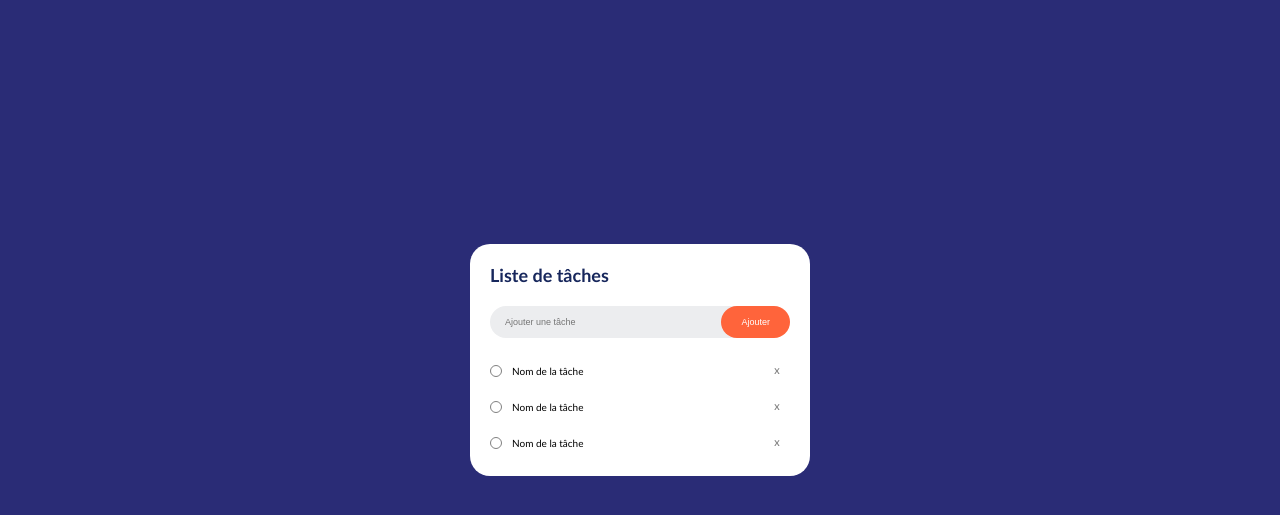
Repository: ndiemenguer/convertisseur
Page: / (app in todo-isep/)
An editor plug-in stored every save of this project. The page is shown before and after the next save, followed by the edit.
The browser window is 1280 px wide. The pictures show the whole page.
The project was rebuilt for these pictures with package versions that can differ from the ones it lists, and the page was loaded fresh each time. Also part of the build but not shown: todo-isep/vite.config.js, todo-isep/src/Application.jsx, todo-isep/src/index.css.

Above is the page before, as saved 2023-05-06 12:55:19.

### todo-isep/src/main.jsx
import React from 'react'
import ReactDOM from 'react-dom/client'
import App from './App.jsx'
import ApplicationDev from './Application.jsx'
import './index.css'


ReactDOM.createRoot(document.getElementById('root')).render(
  <React.StrictMode>
    <App />
  </React.StrictMode>,
)

### todo-isep/src/App.jsx
import { useState } from "react";
import "./App.css";
import TodoList from "./components/TodoList";

function App() {
  const [todos, setTodos] = useState([
    { id: 1, name: "Todo1", complete: false },
    { id: 2, name: "Todo2", complete: false },
    { id: 2, name: "Todo2", complete: false },
  ]);

  return (
    <>
      <main className="container">
        <div className="title">Liste de tâches</div>
        <div className="input-box">
          <input
            type="text"
            className="input"
            placeholder="Ajouter une tâche"
          />
          <button className="button">Ajouter</button>
        </div>
        <div className="todo-list">
          <TodoList todos={todos} />
        </div>
      </main>
    </>
  );
}

export default App;

### todo-isep/src/App.css
body {
  background: #2a2c76;
  display: flex;
  height: 100vh;
  width: 100vw;
  margin: 0;
  justify-content: center;
  align-items: center;
  font-family: calibri;
}

.container {
  background: white;
  width: 300px;
  min-height: 100px;
  border-radius: 20px;
  display: flex;
  flex-direction: column;
  gap: 20px;
  padding: 20px;
}

.container .title {
  font-size: 18px;
  font-weight: 600;
  color: #17275c;
}

.input-box {
  position: relative;
}

.todo-list {
  display: flex;
  flex-direction: column;
  gap: 10px;
  justify-content: center;
}

.todo-box {
  display: flex;
  justify-content: space-between;
}

.input {
  width: 90%;
  height: 30px;
  border-radius: 20px;
  border: 0;
  outline: none;
  background-color: #ecedef;
  padding-left: 15px;
  font-size: 9px;
}

.button {
  position: absolute;
  right: 0;
  bottom: 0;
  height: 32px;
  border-radius: 20px;
  border: 0;
  color: white;
  font-size: 9px;
  background-color: #ff643b;
  padding-left: 20px;
  padding-right: 20px;
  cursor: pointer;
  transition: 0.25s ease-in-out;
}

.button:hover {
  opacity: 0.8;
  transition: 0.25s ease-in-out;
}

.delete {
  font-weight: bold;
  padding: 3px;
  font-size: 8px;
  height: 20px;
  width: 20px;
  color: gray;
  cursor: pointer;
  transition: 0.25s ease-in-out;
  border-radius: 20px;
  display: flex;
  align-items: center;
  justify-content: center;
}

.delete:hover {
  background: #ececec;
  opacity: 0.7;
  transition: 0.25s ease-in-out;
}

.todo-name {
  font-size: 10px;
}

.todo-checkbox-name {
  display: flex;
  gap: 10px;
  align-items: center;
}

.checkbox {
  width: 10px;
  height: 10px;
  border: 1px solid gray;
  border-radius: 100%;
}

### todo-isep/src/components/TodoList.jsx
import React from "react";
import Todo from "./Todo";

function TodoList({ todos }) {
  return (
    <>
      {todos.map((todo) => (
        <Todo key={todo.id} {...todo} />
      ))}
    </>
  );
}

export default TodoList;

### todo-isep/src/components/Todo.jsx
import React from "react";

function Todo({ id, name, completed }) {
  return (
    <>
      <div className="todo-box">
        <div className="todo-checkbox-name">
          <div className="checkbox"></div>
          <div className="todo-name">Nom de la tâche</div>
        </div>
        <div>
          <div className="delete">X</div>
        </div>
      </div>
    </>
  );
}

export default Todo;

Loaded but not shown: todo-isep/index.html (common file)

After the next save:
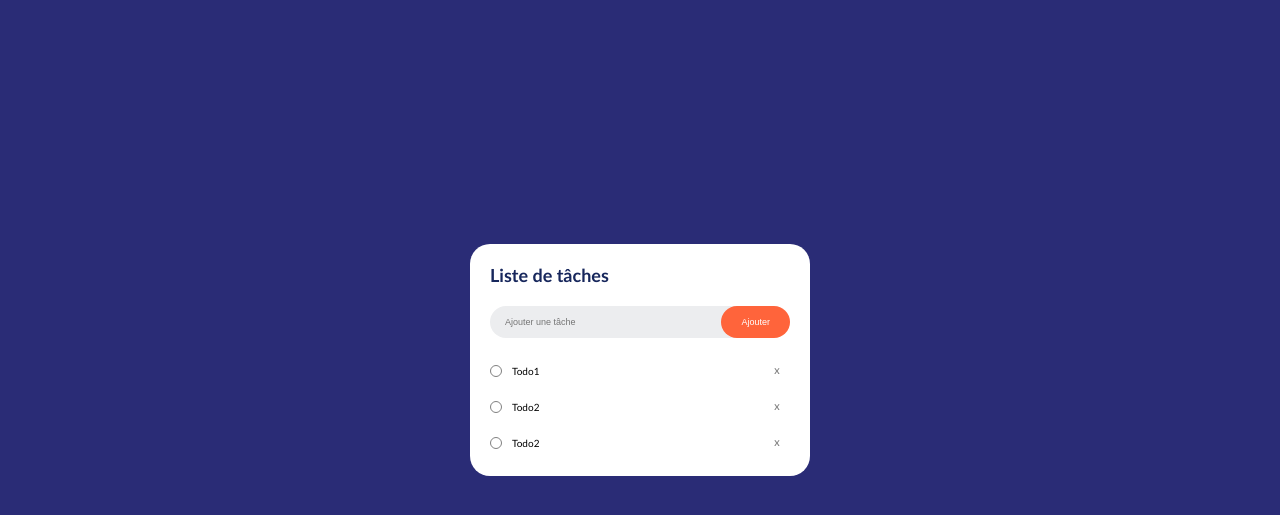
Saved 14 s later.
--- a/todo-isep/src/components/Todo.jsx
+++ b/todo-isep/src/components/Todo.jsx
@@ -6,7 +6,7 @@ function Todo({ id, name, completed }) {
       <div className="todo-box">
         <div className="todo-checkbox-name">
           <div className="checkbox"></div>
-          <div className="todo-name">Nom de la tâche</div>
+          <div className="todo-name">{name}</div>
         </div>
         <div>
           <div className="delete">X</div>
